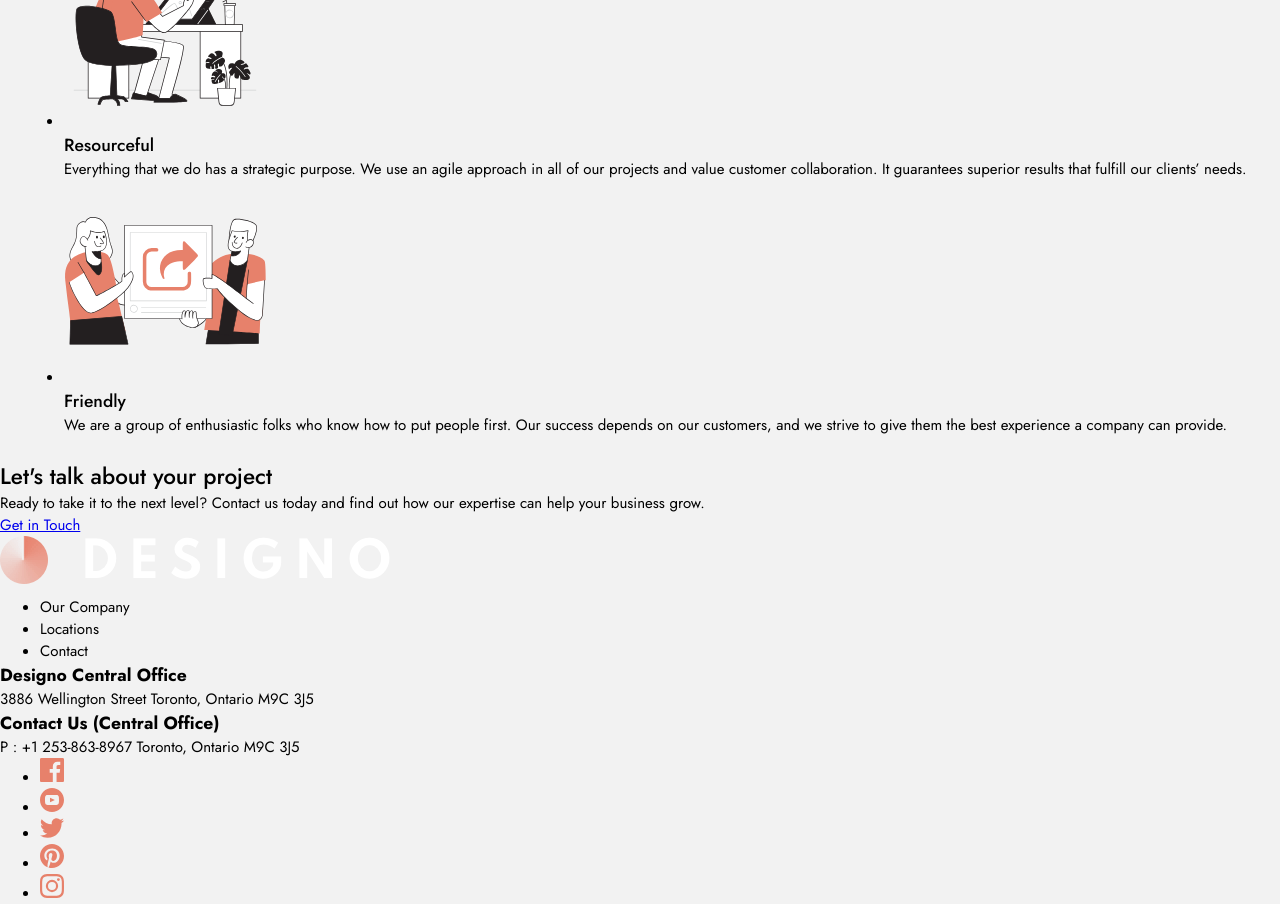
Repository: bluepersia/designo-website
Page: src/index.html
An editor plug-in stored every save of this project. The page is shown before and after the next save, followed by the edit.
The browser window is 1280 px wide. The pictures show the part of the page from y = 3904 to 4856 px (the page is 4808 px tall before and 4856 px after).
A picture or video elsewhere on the page could not be fetched, so the positions and the page height are approximate.

Above is the page before, as saved 2025-07-13 12:11:28.

After the next save:
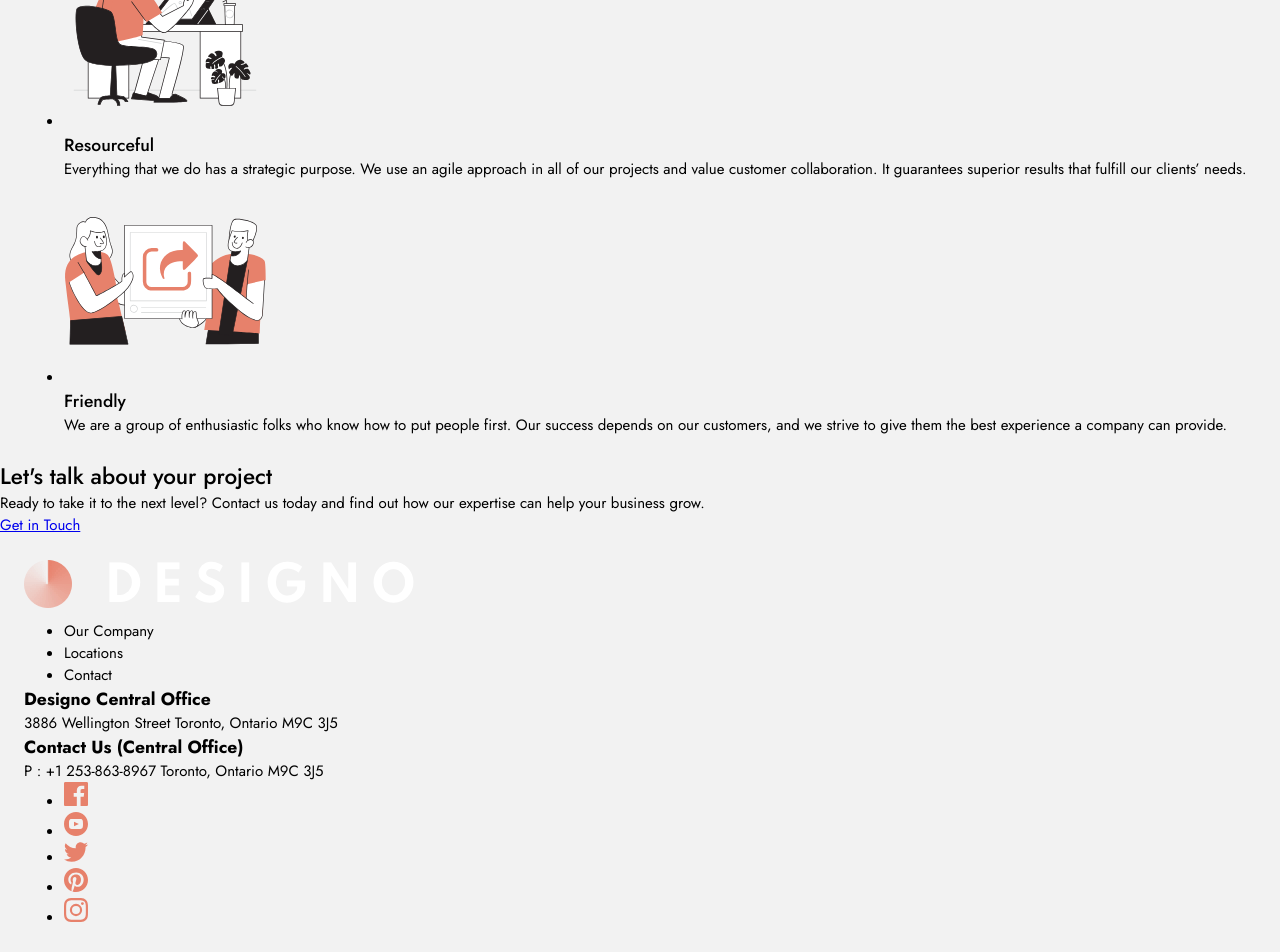
Saved 29 s later.
--- a/src/index.html
+++ b/src/index.html
@@ -206,7 +206,7 @@
       </section>
     </main>
 
-    <footer class="footer">
+    <footer class="footer u-container">
       <div class="main-nav">
         <a class="site-logo" href="index.html"
           ><img class="img" src="/img/shared/desktop/logo-light.png" alt=""
